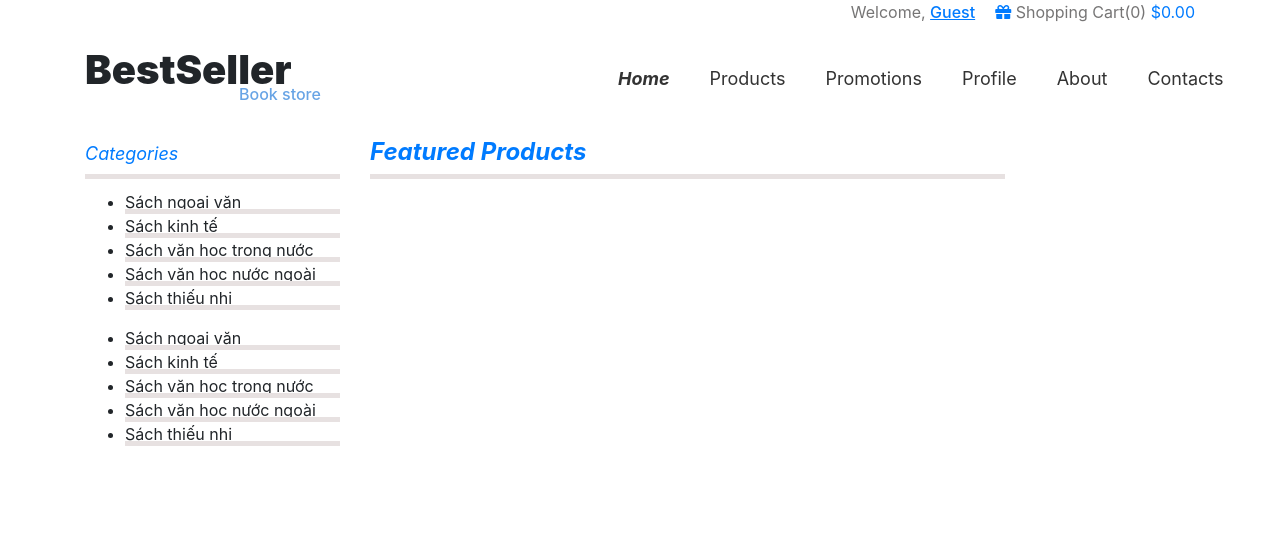
Repository: phunobi1807/BestSeller
Page: index.html
The author's editor kept a copy of each file at every save. The page is drawn from the files as they stood at one save, then again after the next save.
The browser window is 1280 px wide. The pictures show the whole page.

Above is the page before, as saved 2021-06-28 23:15:45.

After the next save:
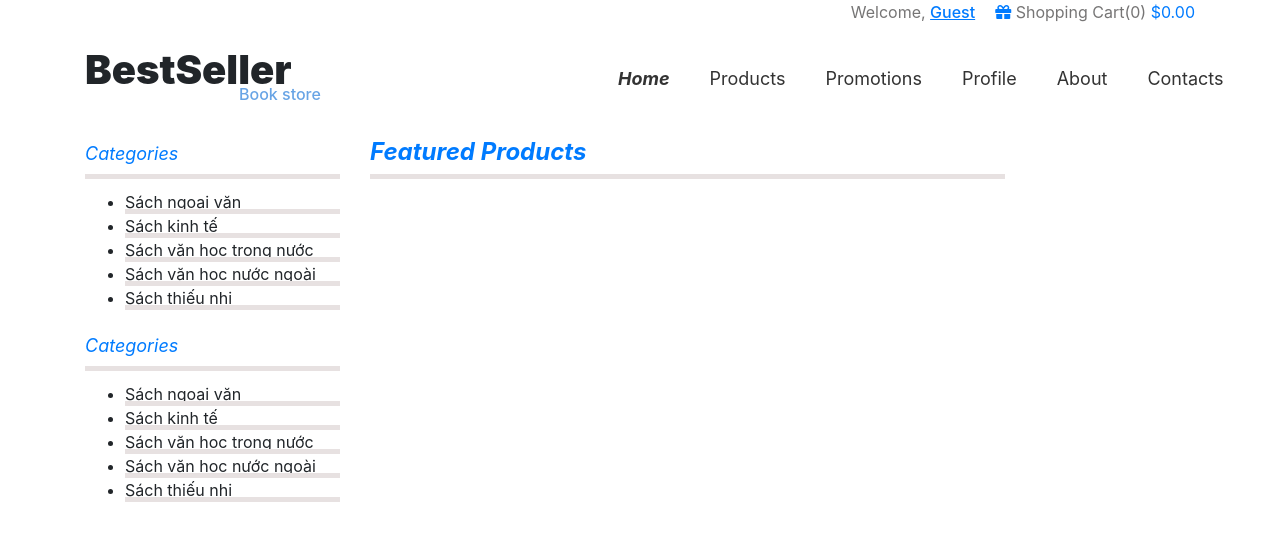
Saved 41 s later.
--- a/index.html
+++ b/index.html
@@ -58,6 +58,9 @@
                             <li class="side-bar__list-item">Sách văn học nước ngoài</li>
                             <li class="side-bar__list-item">Sách thiếu nhi</li>
                         </ul>
+                        <p class="side-bar__title">
+                            Categories
+                        </p>
                         <ul class="side-bar__list side-bar__list--two">
                             <li class="side-bar__list-item">Sách ngoại văn</li>
                             <li class="side-bar__list-item">Sách kinh tế</li>
